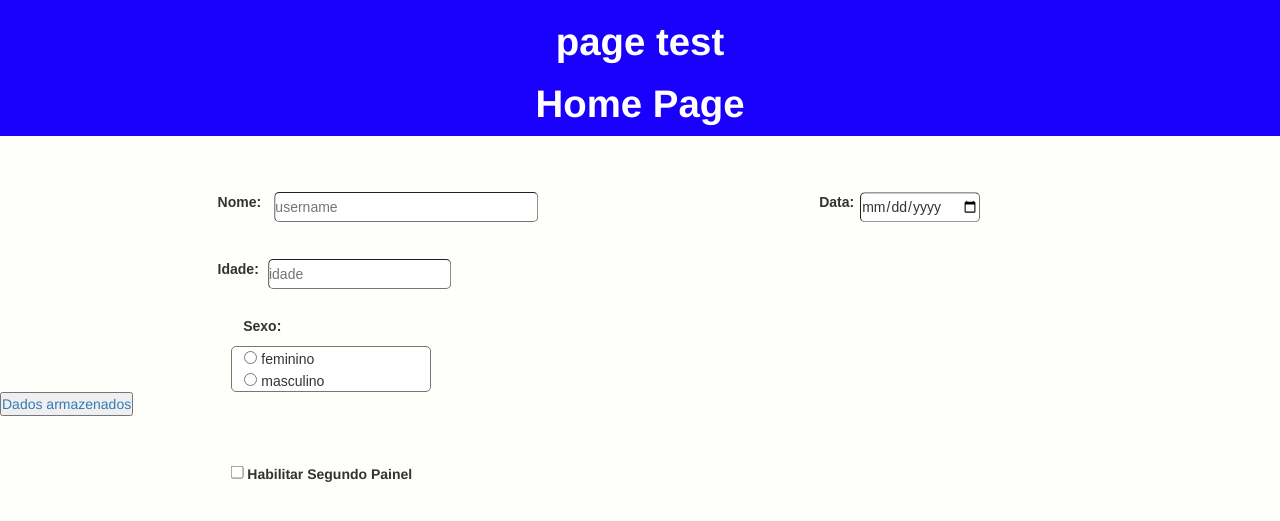
Repository: josceno/inital-page
Page: index.html
An editor plug-in stored every save of this project. The page is shown before and after the next save, followed by the edit.
The browser window is 1280 px wide. The pictures show the whole page.
Some web libraries are served in a nearby version.

Above is the page before, as saved 2022-02-21 11:57:47.
Console error: TypeError: Cannot read properties of null (reading 'innerHTML')

After the next save:
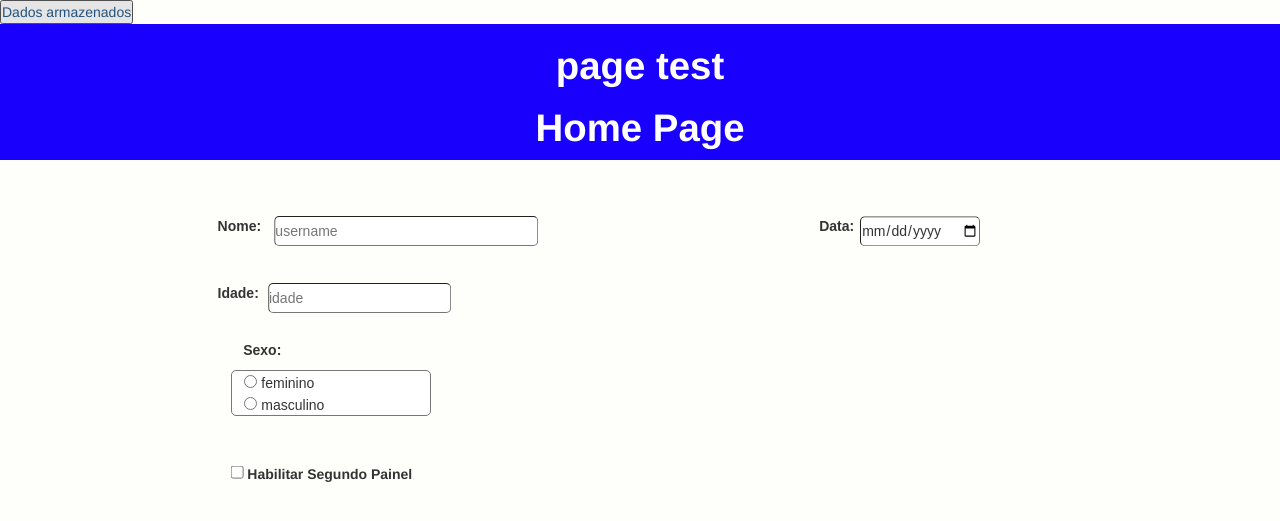
Saved 4 min 25 s later.
--- a/index.html
+++ b/index.html
@@ -20,6 +20,10 @@
 
   <body>
 
+    <div class="dataAcss">
+      <a href="/store">
+        <input type ='submit' value="Dados armazenados">
+      </a>
     <div class="content-wrap">
       <article>
 
@@ -64,10 +68,7 @@
             <button id=btn class=btnpresent onclick="clicar(); return false;" style="display:none;">Apresentar</button>
 
           </div>
-          <div class="dataAcss">
-            <a href="/store">
-              <input type ='submit' value="Dados armazenados">
-            </a>
+
 
           </div>
 
